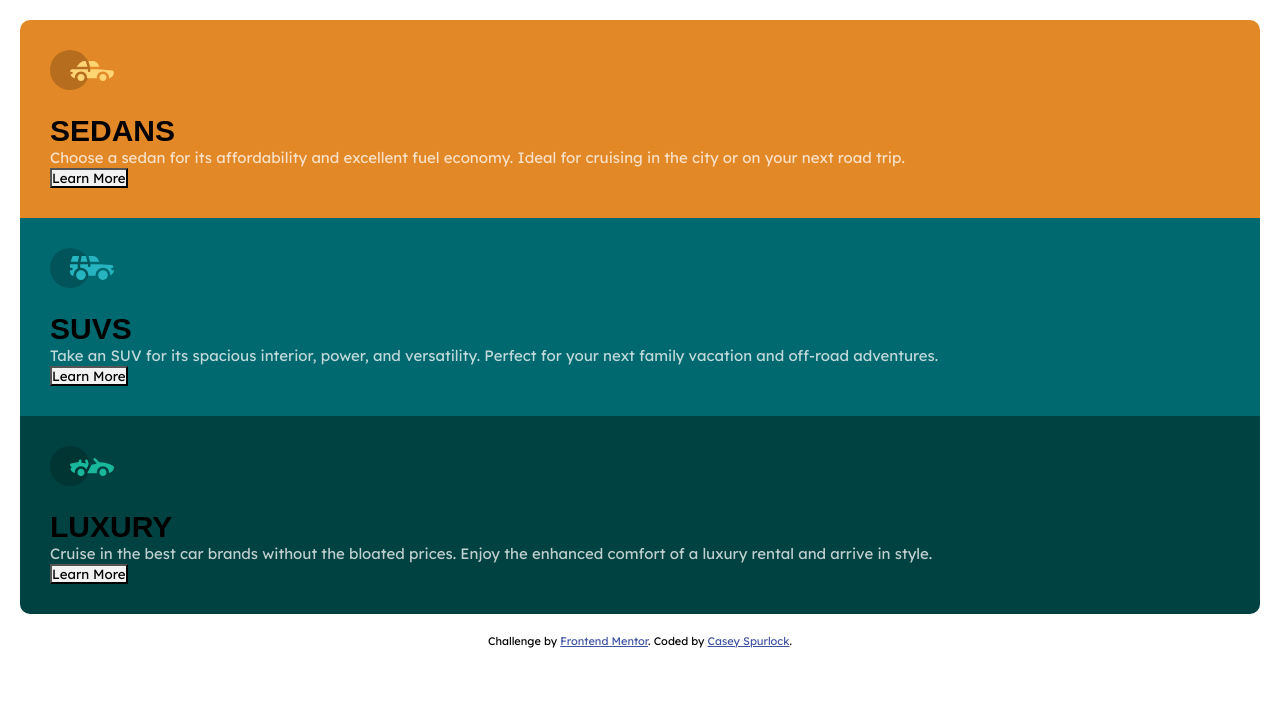
Repository: CaseySpurlock/3-column-preview-card-component-main
Page: index.html
These files come from the project's save history. The page is drawn as it stood at one moment and after the next save; the edit follows.
The browser window is 1280 px wide. The pictures show the whole page.

Above is the page before, as saved 2021-06-23 10:36:30.

After the next save:
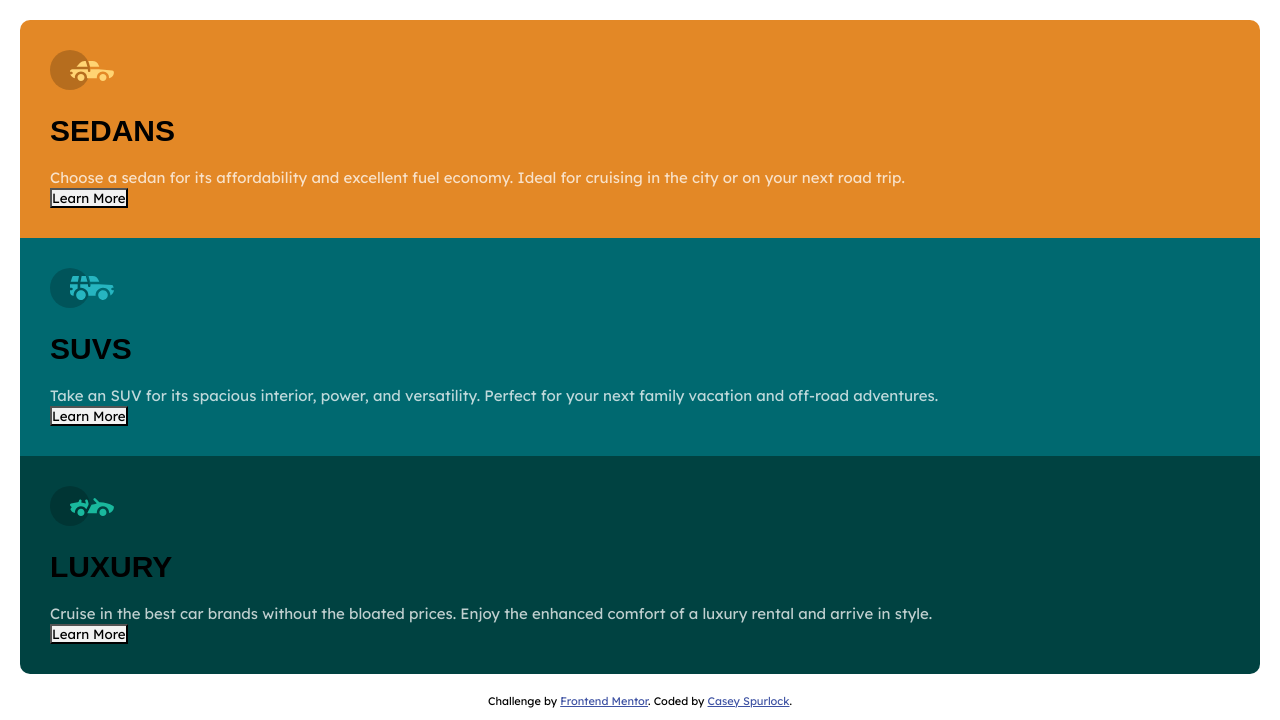
Saved 31 s later.
--- a/style.css
+++ b/style.css
@@ -46,6 +46,10 @@
     margin-bottom: 20px;
 }
 
+.card h3 {
+    margin-bottom: 20px;
+}
+
 .btn {
     background-color: hsl(0, 0%, 95%);
 }
